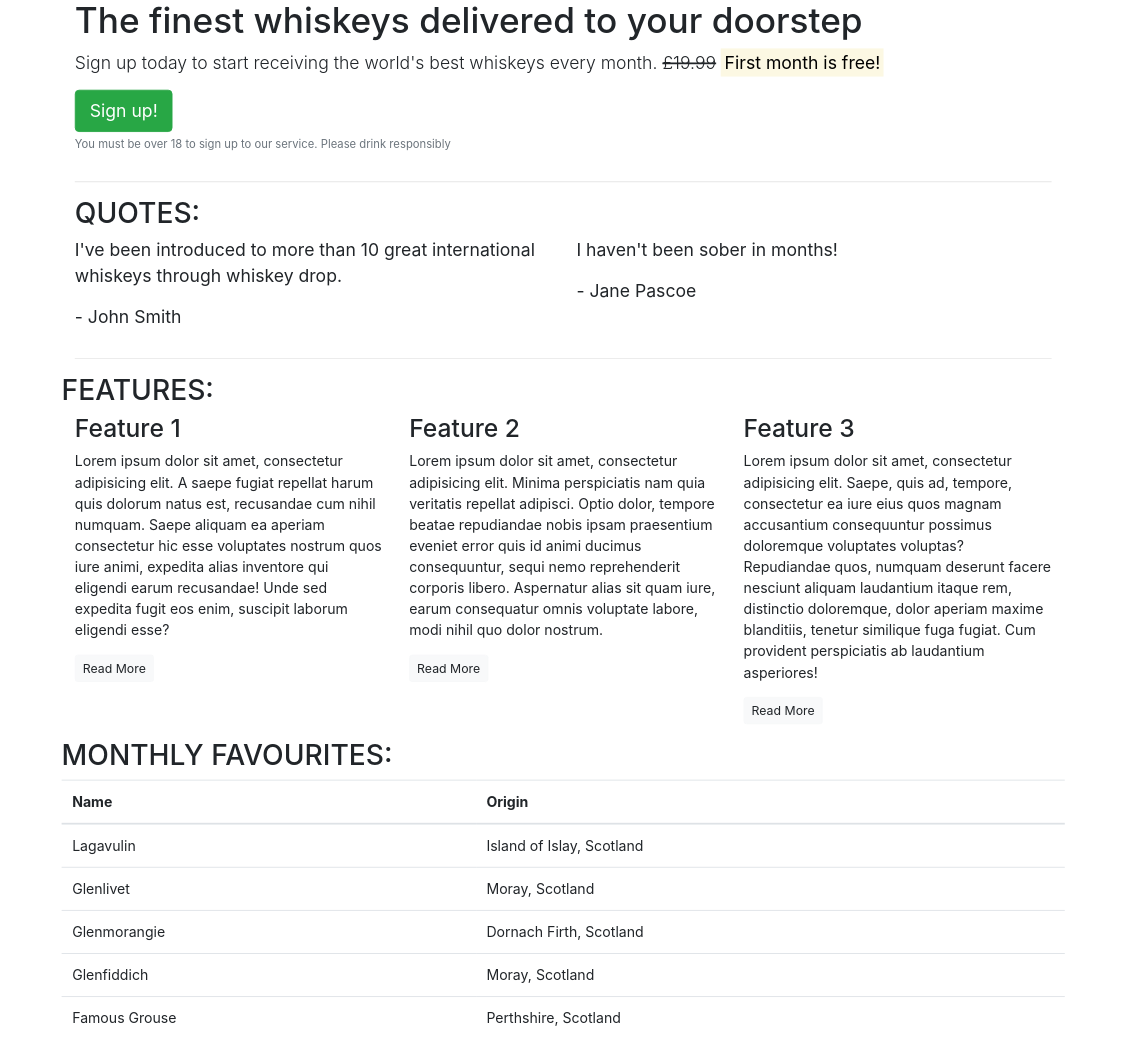
Repository: LouWills/WhiskeyDrop-bootstrap
Page: index.html
The author's editor kept a record of every edit. The page is drawn from the files as they stood at one moment, then again after the next edit.
The browser window is 1280 px wide. The pictures show the whole page, at 88% of full size.

Above is the page before.
Console error: TypeError: Cannot read properties of undefined (reading 'fn')

### index.html
<!DOCTYPE html>
<html lang="en">
<head>
    <meta charset="UTF-8">
    <meta name="viewport" content="width=device-width, initial-scale=1.0">
    <meta http-equiv="X-UA-Compatible" content="ie=edge">
    <link rel="stylesheet" href="https://stackpath.bootstrapcdn.com/bootstrap/4.3.1/css/bootstrap.min.css" integrity="sha384-ggOyR0iXCbMQv3Xipma34MD+dH/1fQ784/j6cY/iJTQUOhcWr7x9JvoRxT2MZw1T" crossorigin="anonymous">
<script src="https://stackpath.bootstrapcdn.com/bootstrap/4.3.1/js/bootstrap.min.js" integrity="sha384-JjSmVgyd0p3pXB1rRibZUAYoIIy6OrQ6VrjIEaFf/nJGzIxFDsf4x0xIM+B07jRM" crossorigin="anonymous"></script>
    <!--main.css are my own styles on the website-->
    <link rel="stylesheet" href="main.css" type="text/css" />
    <title>Whiskey Drop_Taste a new whiskey every month</title>
</head>
<body>
   <article class="container">
       <!--callout-->
       <div class="row">
           <div class="col-12">
               <section class="callout">
                   <h1>The finest whiskeys delivered to your doorstep</h1>
                   <p class="lead">Sign up today to start receiving the world's best whiskeys every month. <s>£19.99</s> <strong><mark>First month is free!</mark></strong></p>
                    <button class="btn btn-success btn-lg btn-tablet">Sign up!</button>
                   <p class="text-muted"><small>You must be over 18 to sign up to our service. Please drink responsibly</small></p>
               </section>
           </div>
       </div>
       <!--/.callout-->
       <hr>

       <!-- Quotes -->
       <section class="quotes">
           <div class="row">
               <div class="col-12">
                   <h2 class="text-uppercase">Quotes:</h2>
               </div>
           </div>
           <div class="row">
               <div class="col-6">
                   <blockquote class="blockquote">
                       <p>I've been introduced to more than 10 great international whiskeys through whiskey drop.</p>
                       <p>- John Smith</p>
                   </blockquote>
               </div>
               <div class="col-6">
                   <blockquote class="blockquote">
                       <p>I haven't been sober in months!</p>
                       <p>- Jane Pascoe</p>
                   </blockquote>
               </div>
           </div>
        </section>
        <!--/.quotes-->

        <hr>

        <!--Features-->
        <section class="features">
            <div class="row">
                <h2 class="text-uppercase">Features:</h2>
            </div>
            <div class="row">
                <div class="col-4">
                    <div class="feature">
                        <h3>Feature 1</h3>
                        <p>Lorem ipsum dolor sit amet, consectetur adipisicing elit. A saepe fugiat repellat harum quis dolorum natus est, recusandae cum nihil numquam. Saepe aliquam ea aperiam consectetur hic esse voluptates nostrum quos iure animi, expedita alias inventore qui eligendi earum recusandae! Unde sed expedita fugit eos enim, suscipit laborum eligendi esse?</p>
                        <p><a class="btn btn-sm btn-light btn-tablet" href="">Read More</a></p>
                    </div>
                </div>
                <div class="col-4">
                    <div class="feature">
                        <h3>Feature 2</h3>
                        <p>Lorem ipsum dolor sit amet, consectetur adipisicing elit. Minima perspiciatis nam quia veritatis repellat adipisci. Optio dolor, tempore beatae repudiandae nobis ipsam praesentium eveniet error quis id animi ducimus consequuntur, sequi nemo reprehenderit corporis libero. Aspernatur alias sit quam iure, earum consequatur omnis voluptate labore, modi nihil quo dolor nostrum.</p>
                        <p><a class="btn btn-sm btn-light btn-tablet" href="">Read More</a></p>
                    </div>
                </div>
                <div class="col-4">
                    <div class="feature">
                        <h3>Feature 3</h3>
                        <p>Lorem ipsum dolor sit amet, consectetur adipisicing elit. Saepe, quis ad, tempore, consectetur ea iure eius quos magnam accusantium consequuntur possimus doloremque voluptates voluptas? Repudiandae quos, numquam deserunt facere nesciunt aliquam laudantium itaque rem, distinctio doloremque, dolor aperiam maxime blanditiis, tenetur similique fuga fugiat. Cum provident perspiciatis ab laudantium asperiores!</p>
                        <p><a class="btn btn-sm btn-light btn-tablet" href="">Read More</a></p>
                    </div>
                </div>
            </div>
        </section>
        <!-- /.Features -->

        <!--Monthly Favourites-->
        <section class="monthlyFavourites">
            <div class="row">
                <h2 class="text-uppercase">Monthly favourites:</h2>
            </div>
            <div class="row">
                <table class="table">
                    <thead>
                        <tr>
                          <th scope="col" class="tab-header">Name</th>
                          <th scope="col" class="tab-header">Origin</th>
                        </tr>
                    </thead>
                    <tbody>
                        <tr>
                          <td>Lagavulin</td>
                          <td>Island of Islay, Scotland</td>
                        </tr>
                        <tr>
                          <td>Glenlivet</td>
                          <td>Moray, Scotland</td>
                        </tr>
                        <tr>
                          <td>Glenmorangie</td>
                          <td>Dornach Firth, Scotland</td>
                        </tr>
                         <tr>
                          <td>Glenfiddich</td>
                          <td>Moray, Scotland</td>
                        </tr>
                        <tr>
                          <td>Famous Grouse</td>
                          <td>Perthshire, Scotland</td>
                        </tr>
                    </tbody>
                </table>
            </div>
        </section>
   </article>
</body>
</html>

### main.css
@media (max-width: 767px) {
    .btn-tablet {
    margin:auto;
    display:block;
}
}

After the next edit:
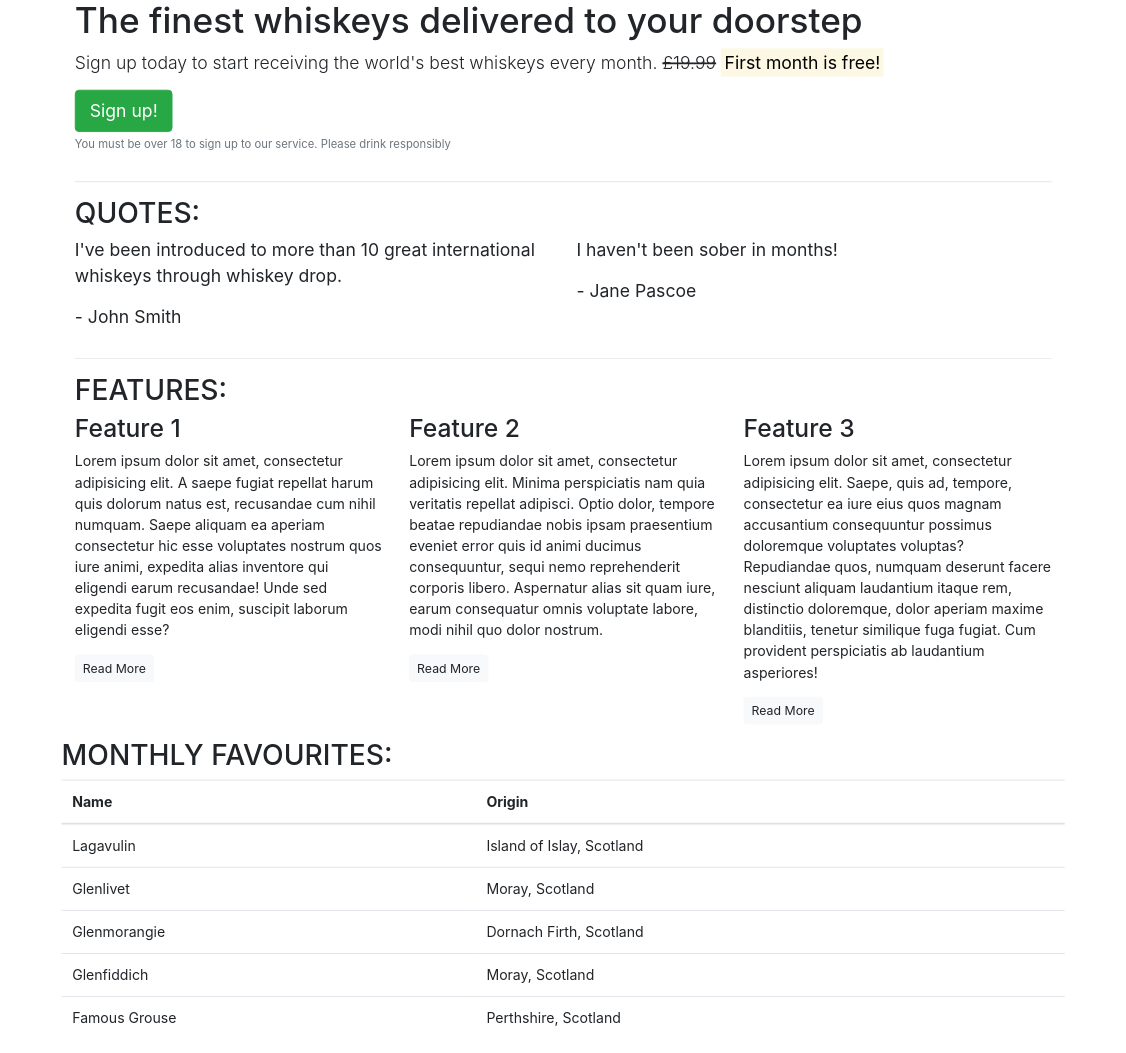
The edit:
--- a/index.html
+++ b/index.html
@@ -55,7 +55,9 @@
         <!--Features-->
         <section class="features">
             <div class="row">
-                <h2 class="text-uppercase">Features:</h2>
+                <div class="col-12">
+                    <h2 class="text-uppercase">Features:</h2>
+                </div>
             </div>
             <div class="row">
                 <div class="col-4">
